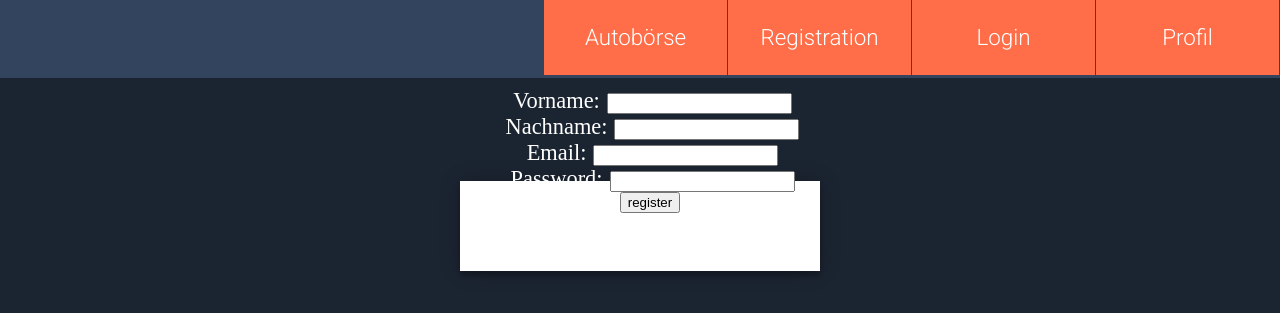
Repository: Turkelten/CarAdminstration
Page: Autobörse/WebContent/registration.html
These files come from the project's save history. The page is drawn as it stood at one moment and after the next save; the edit follows.
The browser window is 1280 px wide. The pictures show the whole page.

Above is the page before, as saved 2020-07-18 18:57:29.

### Autobörse/WebContent/registration.html
<!DOCTYPE html>
<html>
<head>
	<meta name="viewport" content="width=device-width, initial-scale=1.0" charset="ISO-8859-1">
	<title>Autobörse</title>
	<link href="https://fonts.googleapis.com/css2?family=Roboto+Slab:wght@300&family=Roboto:wght@300&display=swap" rel="stylesheet">
	<link href="style.css" rel="stylesheet">
</head>
<body>
	<header>
		<nav id="normal">
			<ul>
			  	<li ><a href="index.html">Autobörse</a></li>
			  	<li ><a class="active" href="registration.html">Registration</a></li>
			  	<li ><a class="active" href="login.html">Login</a></li>
			  	<li ><a class="active" href="userprofil.html">Profil</a>
			  		<ul>
			  			<li ><a onclick="document.getElementById('profildaten').style.display='block'">Daten</a></li>
				  		<li ><a onclick="">Inserat erstellen</a></li>
				  		<li ><a class="active" href="LogoutServlet">Logout</a></li>
			 		</ul>
			  	</li>
			</ul>
		</nav>

		<nav id="mobile">
			<div id="menu">Menü</div>
			<ul>
			  	<li ><a href="index.html">Autobörse</a></li>
			  	<li ><a class="active" href="registration.html">Registration</a></li>
			  	<li ><a class="active" href="login.html">Login</a></li>
			  	<li ><a class="active" href="userprofil.html">Profil</a>
			  		<ul>
			  			<li ><a onclick="document.getElementById('profildaten').style.display='block'">Daten</a></li>
				  		<li ><a onclick="">Inserat erstellen</a></li>
				  		<li ><a class="active" href="LogoutServlet">Logout</a></li>
			 		</ul>
			  	</li>
			</ul>
		</nav>
	</header>
	<div class="page">
		<div class="login-page">
		  	<div class="form">
				<form class="register-form" method="post" action="register">
			      	<input type="text" placeholder="firstname" name="firstname"/>
			      	<input type="text" placeholder="lastname" name="lastname"/>
			      	<input type="password" placeholder="password" name="email"/>
			      	<input type="text" placeholder="email address" name="pass"/>
			      	<button>create</button>
			      	<p class="message">Already registered? <a href="login.html">Sign In</a></p>
			  	</form>
	  		</div>
  		</div>
  	</div>

	<div class="page">
		<div class="registration">
			<form method="post" action="register">
				 	<a>Vorname:</a>		<input class="inputregister" type="text" name="firstname" /><br/>
			    	<a>Nachname:</a>	<input class="inputregister" type="text" name="lastname" 	/><br/>
					<a>Email:</a>		<input class="inputregister" type="text" name="email" 	/><br/>
			       	<a>Password:</a>	<input class="inputregister" type="password" name="pass" 	/><br/>
			       <input type="submit" value="register" />
		   	</form>
	   	</div>
   	</div>
</body>
</html>

### Autobörse/WebContent/style.css
body,
html {
  background: #1b2431;
  margin: 0;
  padding: 0;
  font-size: 100%;
  color: white;
}

@media screen and (max-width: 600px) {
  body,
  html {
    font-size: 48%;
  }
}

@media screen and (min-width: 600px) {
  body,
  html {
    font-size: 53%;
  }
}

@media screen and (min-width: 800px) {
  body,
  html {
    font-size: 57%;
  }
}

@media screen and (min-width: 1200px) {
  body,
  html {
    font-size: 70%;
  }
}

header {
  background: #33455e;
  position: fixed;
  top: 0;
  width: 100%;
  text-align: right;
  transition: 200ms all;
  height: 7rem;
}

header nav#normal {
  color: #c8354e;
  display: inline-block;
}

@media screen and (max-width: 800px) {
  header nav#normal {
    display: none;
  }
}

header nav#normal ul {
  margin: 0;
  padding: 0;
  transition: all 300ms;
  display: inline-block;
}

header nav#normal ul li {
  margin: 0;
  padding: 0;
  float: left;
  list-style: none;
  position: relative;
  transition: all 300ms;
}

header nav#normal ul li a {
  display: inline-block;
  padding: 2.17rem;
  float: left;
  min-width: 12rem;
  text-align: center;
  font-size: 2rem;
  color: #fff;
  margin: 0 1px 0 0;
  text-decoration: none;
  background: #ff6e48;
  font-weight: 300;
  transition: all 300ms;
  font-family: "Roboto", sans-serif;
}

header nav#normal ul li:hover > a {
  background: #d85d3c;
}

header nav#normal ul li ul {
  overflow: hidden;
  position: absolute;
  top: 100%;
  left: 0;
  width: 100%;
  transition: 300ms all;
  max-height: 0;
}

header nav#normal ul li ul li {
  border-bottom: 1px solid #8c1e31;
}

header nav#normal ul li:hover > ul {
  max-height: 700px;
}

header nav#mobile {
  color: #c8354e;
  display: none;
}

@media screen and (max-width: 800px) {
  header nav#mobile {
    display: block;
  }
}

header nav #menu {
  padding: 2.17rem 5% 2.17rem 5%;
  float: left;
  width: 90%;
  text-align: center;
  font-size: 2rem;
  color: #fff;
  cursor: pointer;
  font-weight: 300;
  transition: all 500ms;
  font-family: "Roboto", sans-serif;
}

header nav#mobile ul {
  width: 100%;
  margin: 0;
  padding: 0;
  max-height: 0;
  transition: all 500ms;
  overflow: hidden;
  float: left;
}

header nav#mobile:hover > ul {
  max-height: 800px;
}

header nav#mobile ul li {
  margin: 0;
  padding: 0;
  float: left;
  width: 100%;
  list-style: none;
  position: relative;
  transition: all 500ms;
}

header nav#mobile ul li a {
  display: inline-block;
  padding: 2.17rem 5% 2.17rem 5%;
  float: left;
  min-width: 12rem;
  width: 90%;
  text-align: center;
  font-size: 2rem;
  color: #fff;
  text-decoration: none;
  background: #c8354e;
  font-weight: 300;
  transition: all 500ms;
  font-family: "Roboto", sans-serif;
}

header nav#mobile ul li:hover > a {
  background: #8c1e31;
}

header nav#mobile ul li ul {
  width: 100%;
  transition: all 500ms;
  max-height: 0;
  overflow: hidden;
  float: left;
}

header nav#mobile ul li ul li {
  display: block;
  float: left;
  background: #8c1e31;
  transition: all 500ms;
}

header nav#mobile ul li ul li a {
  background: #8c1e31;
}

header nav#mobile ul li:hover > ul {
  max-height: 500px;
}

.page {
  	position:fixed;
    padding:0;
    margin:0;

    top:7rem;
    left:0;

    width: 100%;
    height: 100%;
}

.registration {
	text-align: center;
	margin-bottom: auto;
	padding: 10px;
	width: 100%;
    height: 100%;
    top: 10rem;
}

.registration form {
	text-align: center;
	margin-left: auto;
	margin-right: auto;
	margin-bottom: auto;
	width: 30%;
    height: 30%;
}

.registration a {
	font-size: 2rem;
	text-align: left;
	padding: 5px;
}

.login-page {
  width: 360px;
  padding: 8% 0 0;
  margin: auto;
}
.form {
  position: relative;
  z-index: 1;
  background: #FFFFFF;
  max-width: 360px;
  margin: 0 auto 100px;
  padding: 45px;
  text-align: center;
  box-shadow: 0 0 20px 0 rgba(0, 0, 0, 0.2), 0 5px 5px 0 rgba(0, 0, 0, 0.24);
}
.form input {
  font-family: "Roboto", sans-serif;
  outline: 0;
  background: #f2f2f2;
  width: 100%;
  border: 0;
  margin: 0 0 15px;
  padding: 15px;
  box-sizing: border-box;
  font-size: 14px;
}
.form button {
  font-family: "Roboto", sans-serif;
  text-transform: uppercase;
  outline: 0;
  background: #ff6e48;
  width: 100%;
  border: 0;
  padding: 15px;
  color: #FFFFFF;
  font-size: 14px;
  -webkit-transition: all 0.3 ease;
  transition: all 0.3 ease;
  cursor: pointer;
}
.form button:hover,.form button:active,.form button:focus {
  background: #d85d3c;
}
.form .message {
  margin: 15px 0 0;
  color: #b3b3b3;
  font-size: 12px;
}
.form .message a {
  color: #4CAF50;
  text-decoration: none;
}
.form .register-form {
  display: none;
}
.container {
  position: relative;
  z-index: 1;
  max-width: 300px;
  margin: 0 auto;
}
.container:before, .container:after {
  content: "";
  display: block;
  clear: both;
}
.container .info {
  margin: 50px auto;
  text-align: center;
}
.container .info h1 {
  margin: 0 0 15px;
  padding: 0;
  font-size: 36px;
  font-weight: 300;
  color: #1a1a1a;
}
.container .info span {
  color: #4d4d4d;
  font-size: 12px;
}
.container .info span a {
  color: #000000;
  text-decoration: none;
}
.container .info span .fa {
  color: #EF3B3A;
}

After the next save:
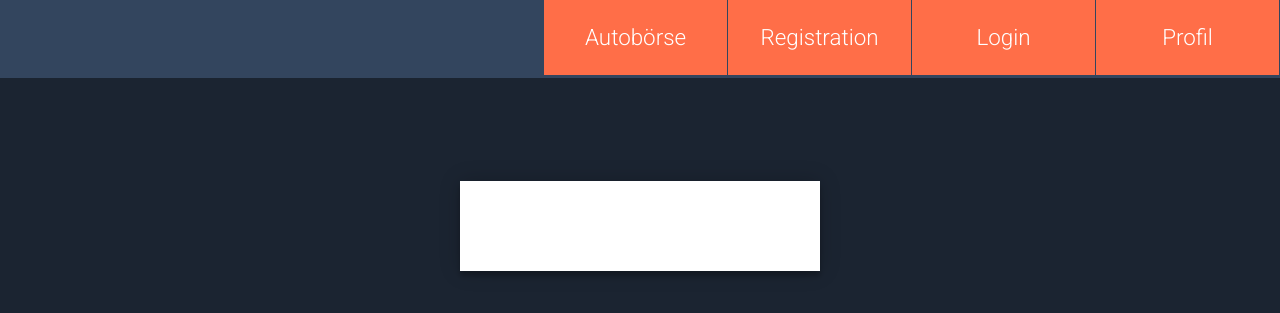
Saved 8 s later.
--- a/Autobörse/WebContent/registration.html
+++ b/Autobörse/WebContent/registration.html
@@ -53,17 +53,5 @@
 	  		</div>
   		</div>
   	</div>
-
-	<div class="page">
-		<div class="registration">
-			<form method="post" action="register">
-				 	<a>Vorname:</a>		<input class="inputregister" type="text" name="firstname" /><br/>
-			    	<a>Nachname:</a>	<input class="inputregister" type="text" name="lastname" 	/><br/>
-					<a>Email:</a>		<input class="inputregister" type="text" name="email" 	/><br/>
-			       	<a>Password:</a>	<input class="inputregister" type="password" name="pass" 	/><br/>
-			       <input type="submit" value="register" />
-		   	</form>
-	   	</div>
-   	</div>
 </body>
 </html>
